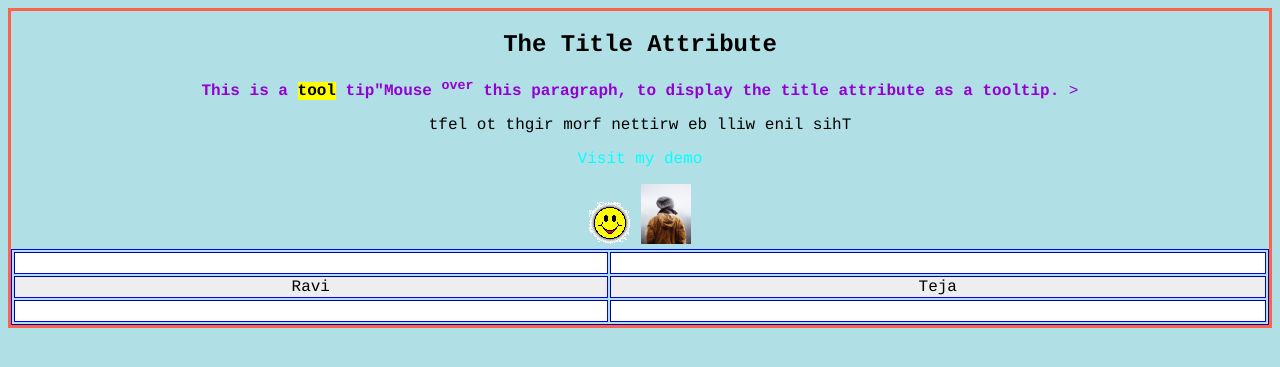
Repository: rejatavi/IntialCommit
Page: Web/WebContent/js.html
The author's editor kept a copy of each file at every save. The page is drawn from the files as they stood at one save, then again after the next save.
The browser window is 1280 px wide. The pictures show the whole page.

Above is the page before, as saved 2018-05-30 15:59:47.

After the next save:
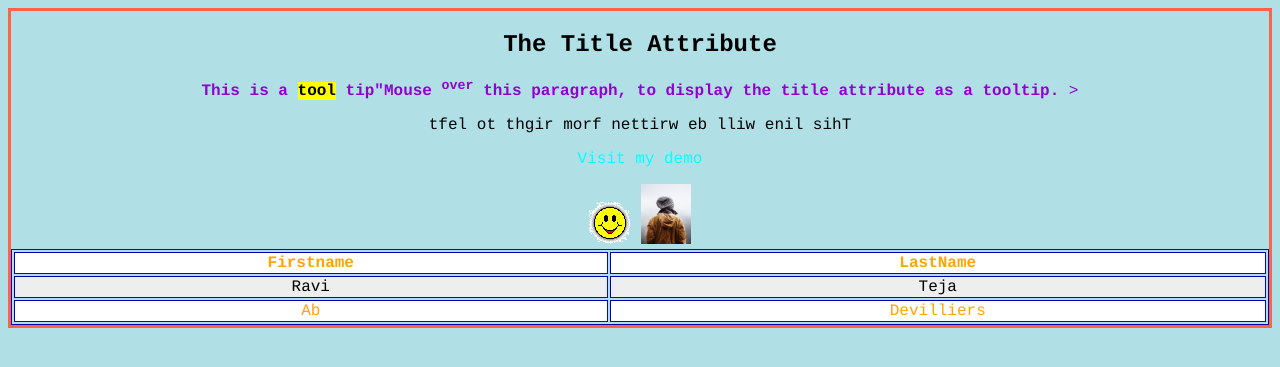
Saved 11 s later.
--- a/Web/WebContent/js.html
+++ b/Web/WebContent/js.html
@@ -6,7 +6,7 @@ background-color: #eee;
 }
 table tr:nth-child(odd){
 background-color: #fff;
-color:white;
+color:orange;
 }
 </style>
 
